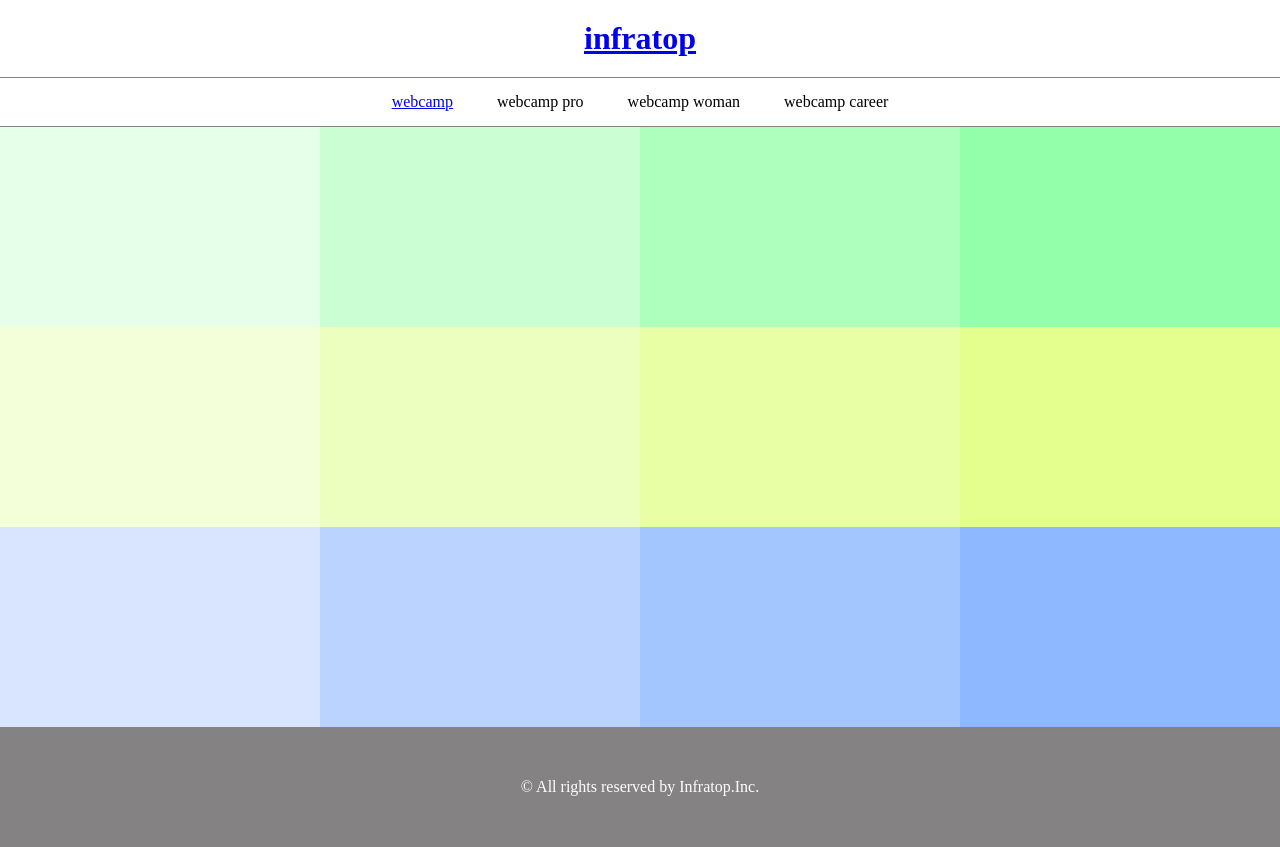
Repository: monami1021/DMM-WEBCAMP
Page: chapter5_exercise/chapter5_exercise.html
The author's editor kept a record of every edit. The page is drawn from the files as they stood at one moment, then again after the next edit.
The browser window is 1280 px wide. The pictures show the whole page.

Above is the page before.

### chapter5_exercise/chapter5_exercise.html
<!DOCTYPE html>
<html lang="ja">
  <head>
    <meta charset="UTF-8" />
    <!-- CSSファイルの読み込み -->
    <link rel="stylesheet" href="style.css" />
    <title>chapter5_exercis</title>
  </head>

  <!-- header -->
    <header>
      <h1 class="heading">
        <a href="chapter5_exercise.html">
          infratop
        </a>
      </h1>
    </header>

    <!-- navigation -->
    <nav>
      <ul class="nav-list">
        <li class="nav-list-item">
          <a href="chapter5_exercise.html">webcamp</a>
        </li>
        <li class="nav-list-item">webcamp pro</li>
        <li class="nav-list-item">webcamp woman</li>
        <li class="nav-list-item">webcamp career</li>
      </ul>
    </nav>

 <style>
    .flex{
      display: flex;
      flex-wrap: wrap;
    }
    .item{
      width:25%;
      height:200px;
    }
    .box1{
      background-color: #e6ffe9;
    }
      .box2{
      background-color: #cbffd3;
    }
    .box3{
      background-color: #aeffbd;
    }
    .box4{
      background-color: #93ffab;
    }
    .box5{
      background-color: #f3ffd8;
    }
    .box6{
      background-color: #edffbe;
    }
    .box7{
      background-color: #e9ffa5;
    }
    .box8{
      background-color: #e4ff8d;
    }
    .box9{
      background-color: #d9e5ff;
    }
    .box10{
      background-color: #bad3ff;
    }
    .box11{
      background-color: #a4c6ff;
    }
    .box12{
      background-color: #8eb8ff;
    }

  </style>
  <body>
         <div class="flex">
           <div class="item box1"></div>
           <div class="item box2"></div>
           <div class="item box3"></div>
           <div class="item box4"></div>
           <div class="item box5"></div>
           <div class="item box6"></div>
           <div class="item box7"></div>
           <div class="item box8"></div>
           <div class="item box9"></div>
           <div class="item box10"></div>
           <div class="item box11"></div>
           <div class="item box12"></div>
         </div>
         </body>
       </html>

    </div>

    <!-- footer -->
    <footer>
      <p class="footer-text">© All rights reserved by Infratop.Inc.</p>
    </footer>

</body>
 </html>

### chapter5_exercise/style.css
* {
  margin: 0;
  padding: 0;
  box-sizing: border-box;
}

header {
  width: 100%;
  padding: 20px 0;
  text-align: center;
}

.nav-list {
  text-align: center;
  padding: 15px 0;
  margin: 0 auto;
  border-bottom: 1px solid #848282;
  border-top: 1px solid #848282;
}
.nav-list-item {
  list-style: none;
  display: inline-block;
  margin: 0 20px;
}

.main {
  width: 800px;
  margin: 50px auto;
  display: flex;
  flex-wrap: wrap;
}

.box1 {
  width: 200px;
  height: 200px;
  background-color: #e6ffe9;
}

.box2 {
  width: 200px;
  height: 200px;
  background-color: #cbffd3;
}

.box3 {
  width: 200px;
  height: 200px;
  background-color: #aeffbd;
}

.box4 {
  width: 200px;
  height: 200px;
  background-color: #93ffab;
}

.box5 {
  width: 200px;
  height: 200px;
  background-color: #f3ffd8;
}

.box6 {
  width: 200px;
  height: 200px;
  background-color: #edffbe;
}

.box7 {
  width: 200px;
  height: 200px;
  background-color: #e9ffa5;
}

.box8 {
  width: 200px;
  height: 200px;
  background-color: #e4ff8d;
}

.box9 {
  width: 200px;
  height: 200px;
  background-color: #d9e5ff;
}

.box10 {
  width: 200px;
  height: 200px;
  background-color: #bad3ff;
}

.box11 {
  width: 200px;
  height: 200px;
  background-color: #a4c6ff;
}

.box12 {
  width: 200px;
  height: 200px;
  background-color: #8eb8ff;
}

footer {
  width: 100%;
  height: 120px;
  text-align: center;
  line-height: 120px;
  background-color: #848282;
}

.footer-text {
  color: #fff;
}

After the next edit:
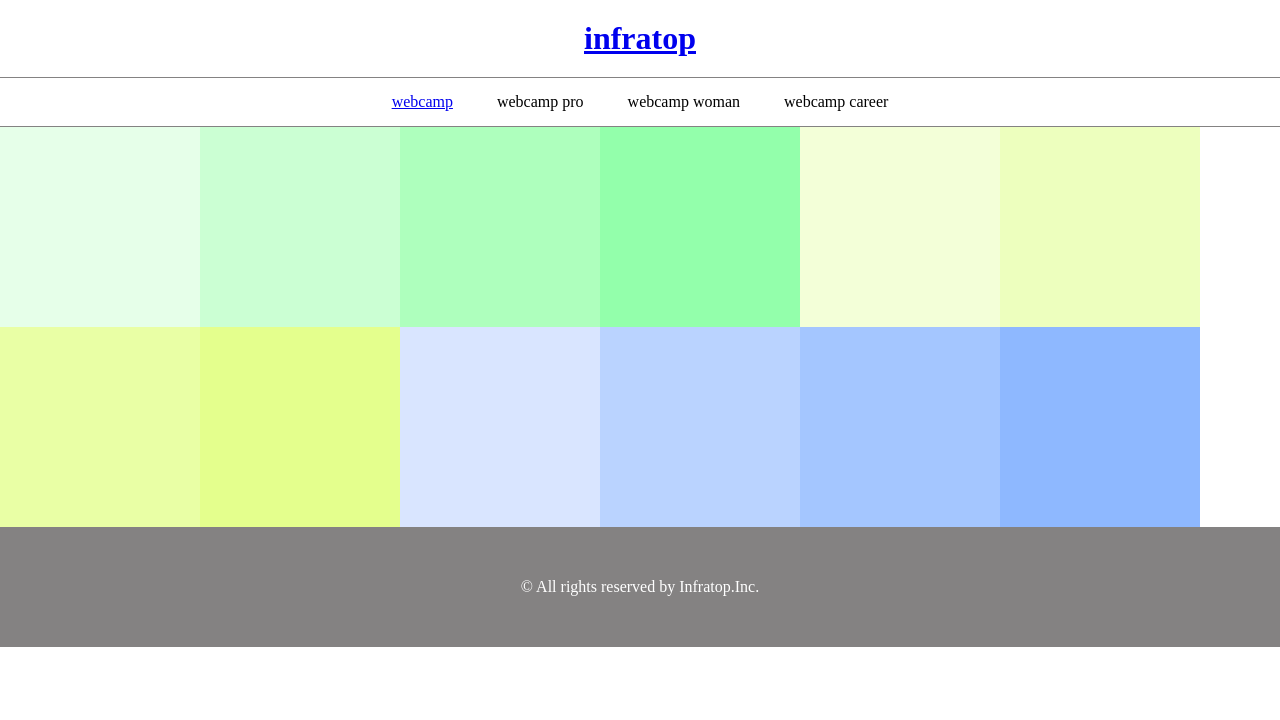
The edit:
--- a/chapter5_exercise/chapter5_exercise.html
+++ b/chapter5_exercise/chapter5_exercise.html
@@ -34,7 +34,7 @@
       flex-wrap: wrap;
     }
     .item{
-      width:25%;
+      width:200px;
       height:200px;
     }
     .box1{
